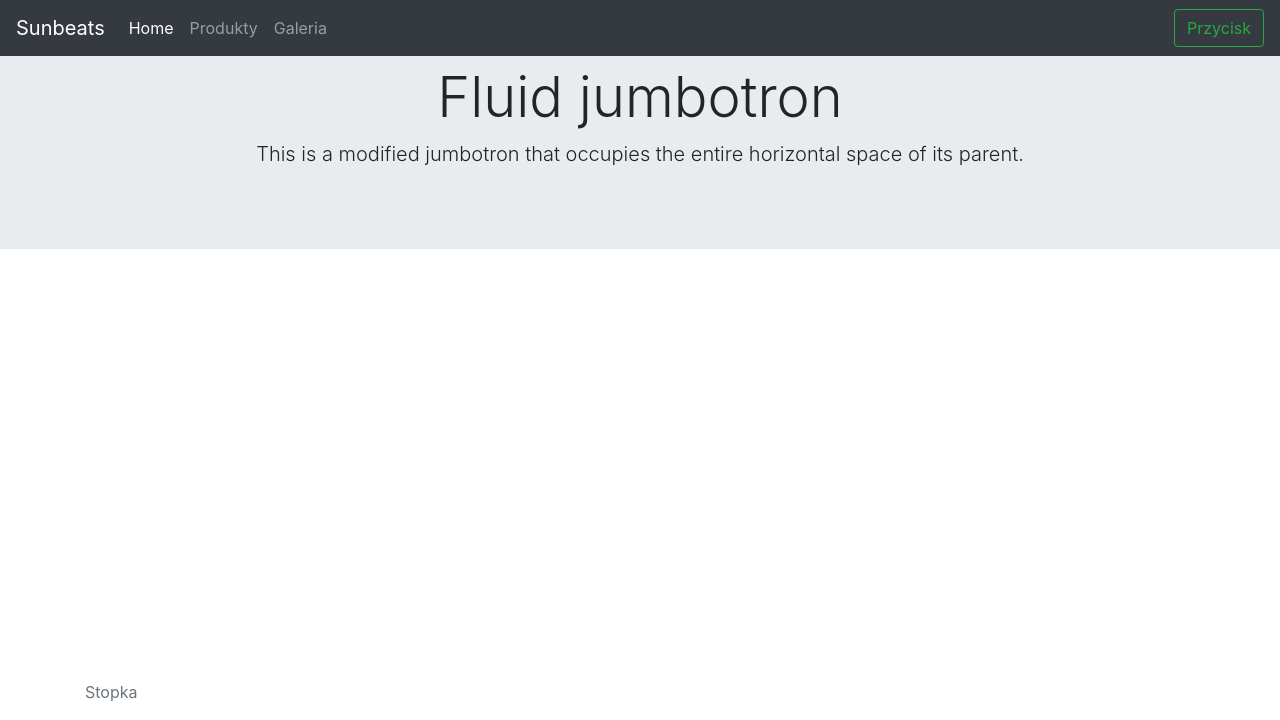
Repository: Audio-site/sunbeats
Page: index.html
An editor plug-in stored every save of this project. The page is shown before and after a run of saves, followed by the edit.
The browser window is 1280 px wide. The pictures show the whole page.

Above is the page before, as saved 2020-08-25 00:27:59.

After the next 3 saves:
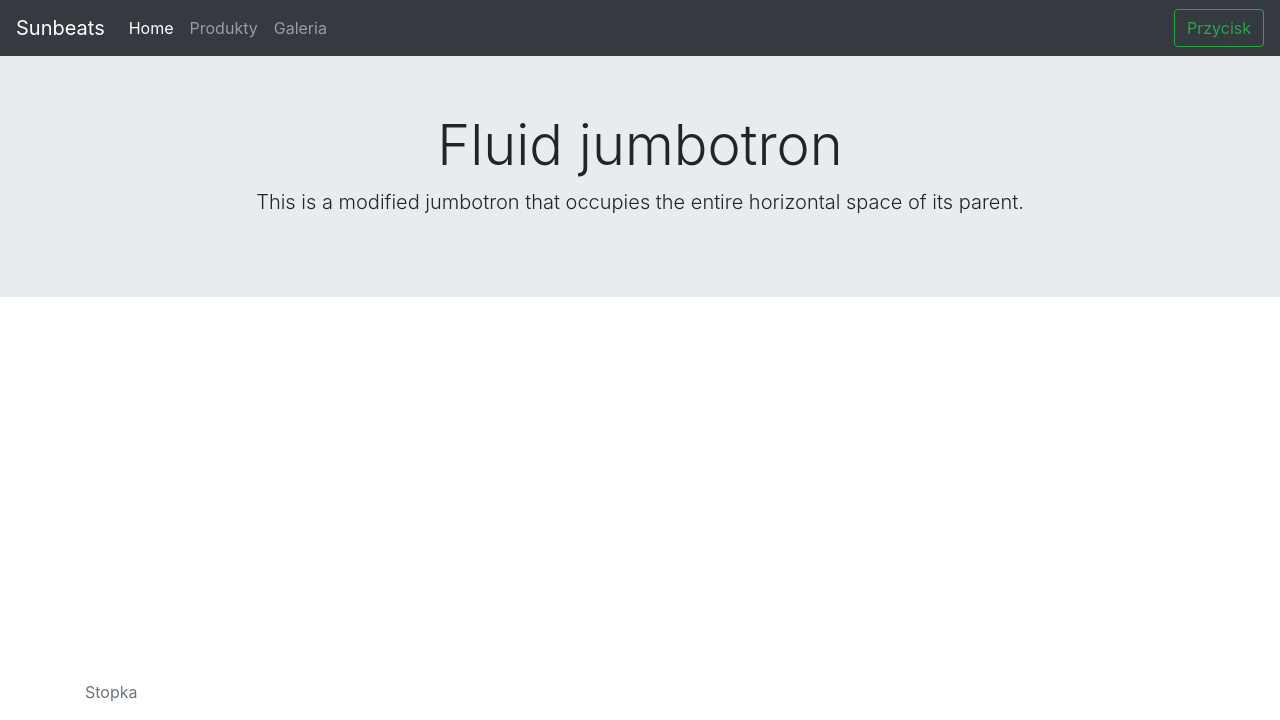
The 3 saves are shown as one change because they came seconds apart.
The last was saved 20 s later.
--- a/index.html
+++ b/index.html
@@ -41,7 +41,7 @@
 
 <!-- Begin page content -->
 <main role="main">
-<div class="jumbotron jumbotron-fluid text-center">
+<div class="jumbotron jumbotron-fluid text-center my-5">
   <div class="container">
     <h1 class="display-4">Fluid jumbotron</h1>
     <p class="lead">This is a modified jumbotron that occupies the entire horizontal space of its parent.</p>
